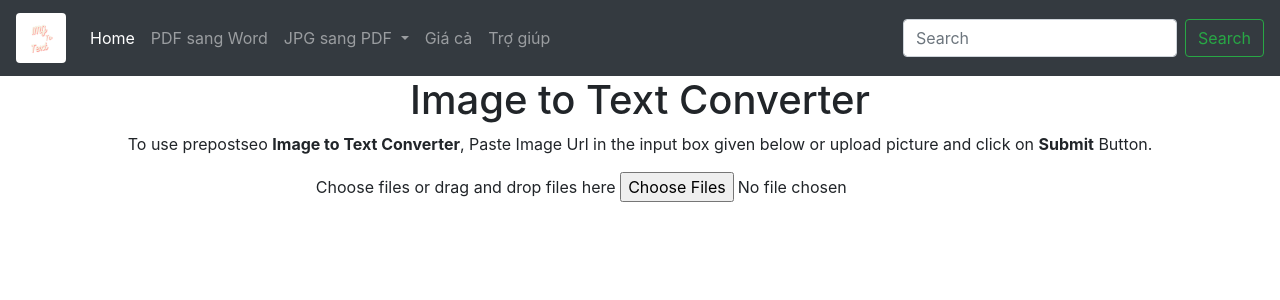
Repository: Tung1227/PBL6-2022
Page: index.html
The author's editor kept a copy of each file at every save. The page is drawn from the files as they stood at one save, then again after the next save.
The browser window is 1280 px wide. The pictures show the whole page.

Above is the page before, as saved 2022-09-16 20:45:51.

### index.html
<!doctype html>
<html lang="en">

<head>
    <title>Title</title>
    <!-- Required meta tags -->
    <meta charset="utf-8">
    <meta name="viewport" content="width=device-width, initial-scale=1, shrink-to-fit=no">

    <!-- Bootstrap CSS -->
    <link rel="stylesheet" href="https://stackpath.bootstrapcdn.com/bootstrap/4.3.1/css/bootstrap.min.css"
        integrity="sha384-ggOyR0iXCbMQv3Xipma34MD+dH/1fQ784/j6cY/iJTQUOhcWr7x9JvoRxT2MZw1T" crossorigin="anonymous">
    <link rel="stylesheet" href="public/css/index.css">
</head>

<body>
    <nav class="navbar navbar-expand-lg navbar-dark bg-dark">
        <a class="navbar-brand" href="#">
            <img class="rounded" src="public/img/logo.png" width="50" height="50" alt="">
        </a>
        <button class="navbar-toggler" type="button" data-toggle="collapse" data-target="#navbarSupportedContent"
            aria-controls="navbarSupportedContent" aria-expanded="false" aria-label="Toggle navigation">
            <span class="navbar-toggler-icon"></span>
        </button>

        <div class="collapse navbar-collapse" id="navbarSupportedContent">
            <ul class="navbar-nav mr-auto">
                <li class="nav-item active">
                    <a class="nav-link" href="#">Home <span class="sr-only">(current)</span></a>
                </li>
                <li class="nav-item">
                    <a class="nav-link" href="#">PDF sang Word</a>
                </li>
                <li class="nav-item dropdown">
                    <a class="nav-link dropdown-toggle" href="#" id="navbarDropdown" role="button"
                        data-toggle="dropdown" aria-haspopup="true" aria-expanded="false">
                        JPG sang PDF
                    </a>
                    <div class="dropdown-menu" aria-labelledby="navbarDropdown">
                        <a class="dropdown-item" href="#">Action</a>
                        <a class="dropdown-item" href="#">Another action</a>
                        <div class="dropdown-divider"></div>
                        <a class="dropdown-item" href="#">Something else here</a>
                    </div>
                </li>
                <li class="nav-item">
                    <a class="nav-link" href="#">Giá cả</a>
                </li>
                <li class="nav-item">
                    <a class="nav-link" href="#">Trợ giúp</a>
                </li>
            </ul>
            <form class="form-inline my-2 my-lg-0 ">
                <input class="form-control mr-sm-2" type="search" placeholder="Search" aria-label="Search">
                <button class="btn btn-outline-success my-2 my-sm-0 " type="submit">Search</button>
            </form>
        </div>
    </nav>
    <div class="container d-flex justify-content-center mt-100">
        <div class="row">
            <div class="col-xs-1-12 text-center">
                <h1 class="">Image to Text Converter</h1>
                <p class="text16">To use prepostseo <strong>Image to Text Converter</strong>, Paste Image Url in the
                    input
                    box given below or upload picture and click on <strong>Submit</strong> Button.</p>
                <div class="file-drop-area">
                    <span class="choose-file-button">Choose files</span>
                    <span class="file-message">or drag and drop files here</span>
                    <input class="file-input" type="file" multiple>
                </div>
            </div>
        </div>
    </div>
    <!-- Optional JavaScript -->
    <!-- jQuery first, then Popper.js, then Bootstrap JS -->
    <script src="https://code.jquery.com/jquery-3.3.1.slim.min.js"
        integrity="sha384-q8i/X+965DzO0rT7abK41JStQIAqVgRVzpbzo5smXKp4YfRvH+8abtTE1Pi6jizo"
        crossorigin="anonymous"></script>
    <script src="https://cdnjs.cloudflare.com/ajax/libs/popper.js/1.14.7/umd/popper.min.js"
        integrity="sha384-UO2eT0CpHqdSJQ6hJty5KVphtPhzWj9WO1clHTMGa3JDZwrnQq4sF86dIHNDz0W1"
        crossorigin="anonymous"></script>
    <script src="https://stackpath.bootstrapcdn.com/bootstrap/4.3.1/js/bootstrap.min.js"
        integrity="sha384-JjSmVgyd0p3pXB1rRibZUAYoIIy6OrQ6VrjIEaFf/nJGzIxFDsf4x0xIM+B07jRM"
        crossorigin="anonymous"></script>
</body>

</html>

### public/css/index.css
*{
    padding: 0px;
    margin: 0px;
}

.file-drop-area{

}

After the next save:
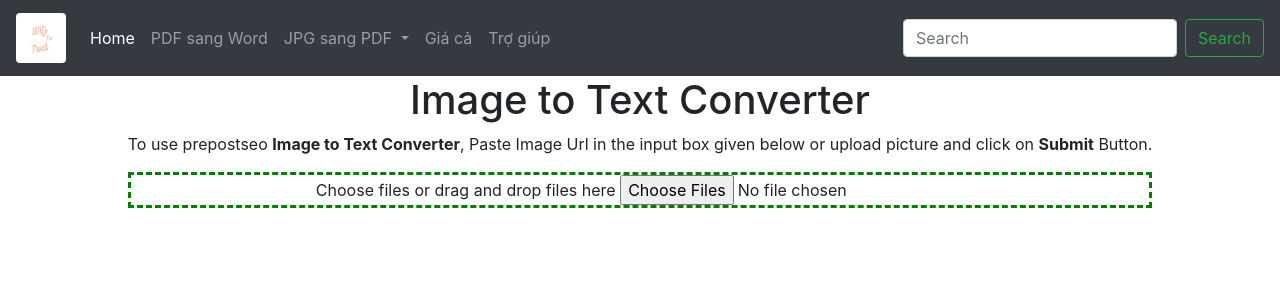
Saved 25 s later.
--- a/public/css/index.css
+++ b/public/css/index.css
@@ -4,5 +4,5 @@
 }
 
 .file-drop-area{
-
+    border: dashed green;
 }
